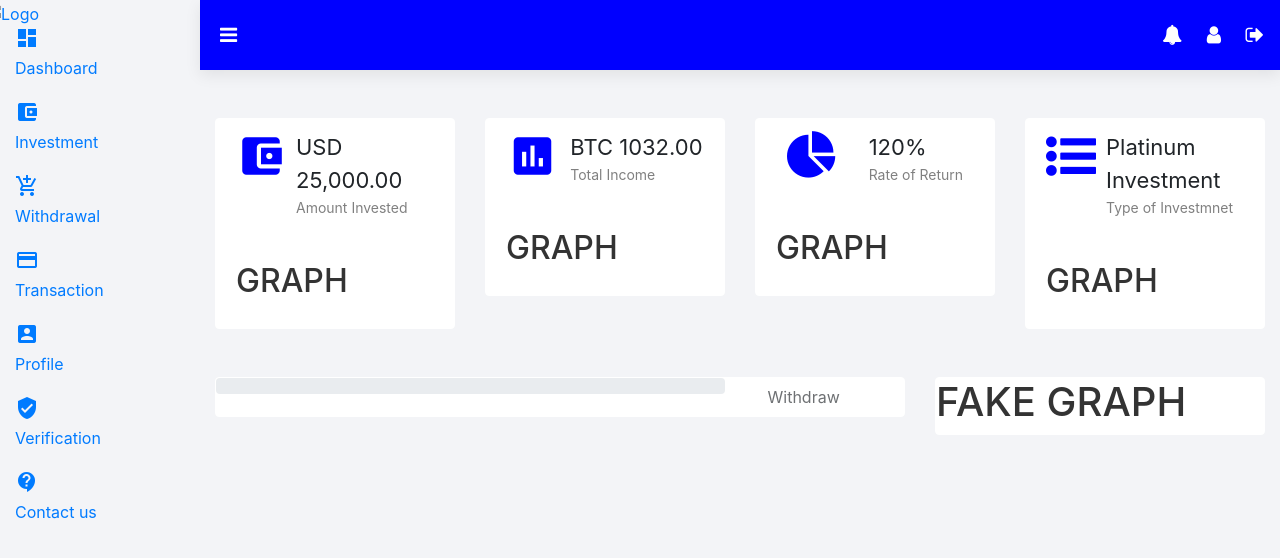
Repository: latenightsnacc/Static-Web-Projects
Page: investment-site/index.html
The author's editor kept a copy of each file at every save. The page is drawn from the files as they stood at one save, then again after the next save.
The browser window is 1280 px wide. The pictures show the whole page.
Some web libraries are served in a nearby version. The style sheet was rebuilt from its Sass, Less or Tailwind sources for each picture, by a compiler version that may differ from the author's.

Above is the page before, as saved 2020-07-29 17:47:40.
Console error (its wording comes from the project's code and is left out).

After the next save:
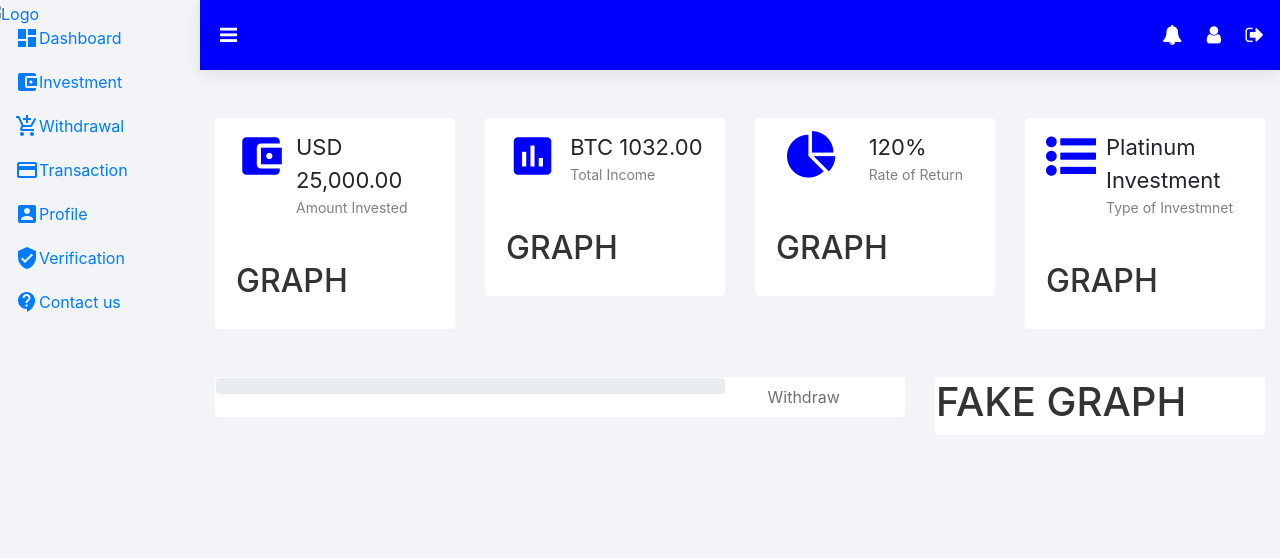
Saved 4 min 30 s later.
--- a/investment-site/stylesheet.scss
+++ b/investment-site/stylesheet.scss
@@ -63,7 +63,7 @@ body,html {
 .sideNav-menu {
     li {
         margin-bottom: 20px;
-        .menu-link {
+        .menu-item {
             display: flex;
             align-items: center;
 
